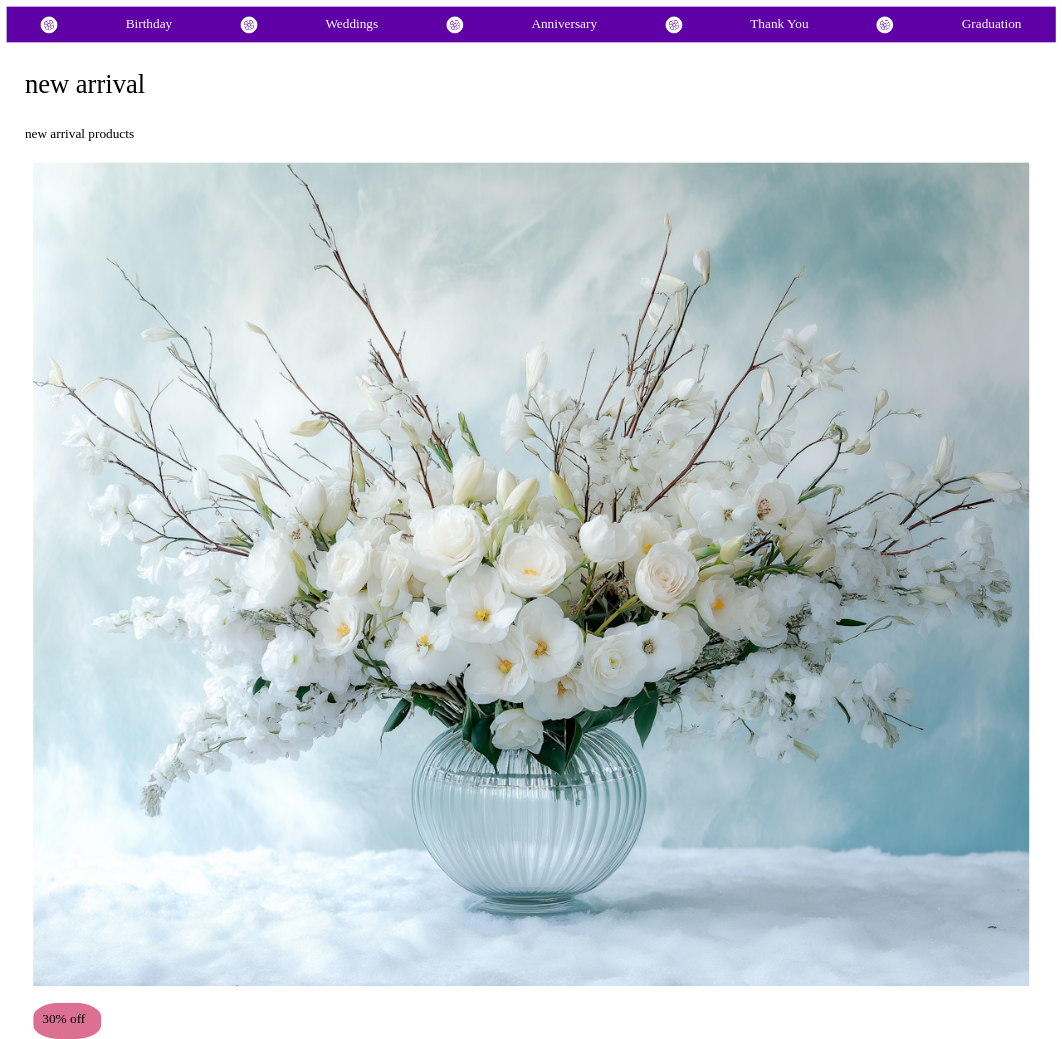
Repository: KolawoleTemilade/classroom-learning
Page: newarrival/index.html
These files come from the project's save history. The page is drawn as it stood at one moment and after the next save; the edit follows.
The browser window is 1280 px wide. The pictures show the whole page, at 83% of full size.

Above is the page before, as saved 2025-10-01 18:18:57.

After the next save:
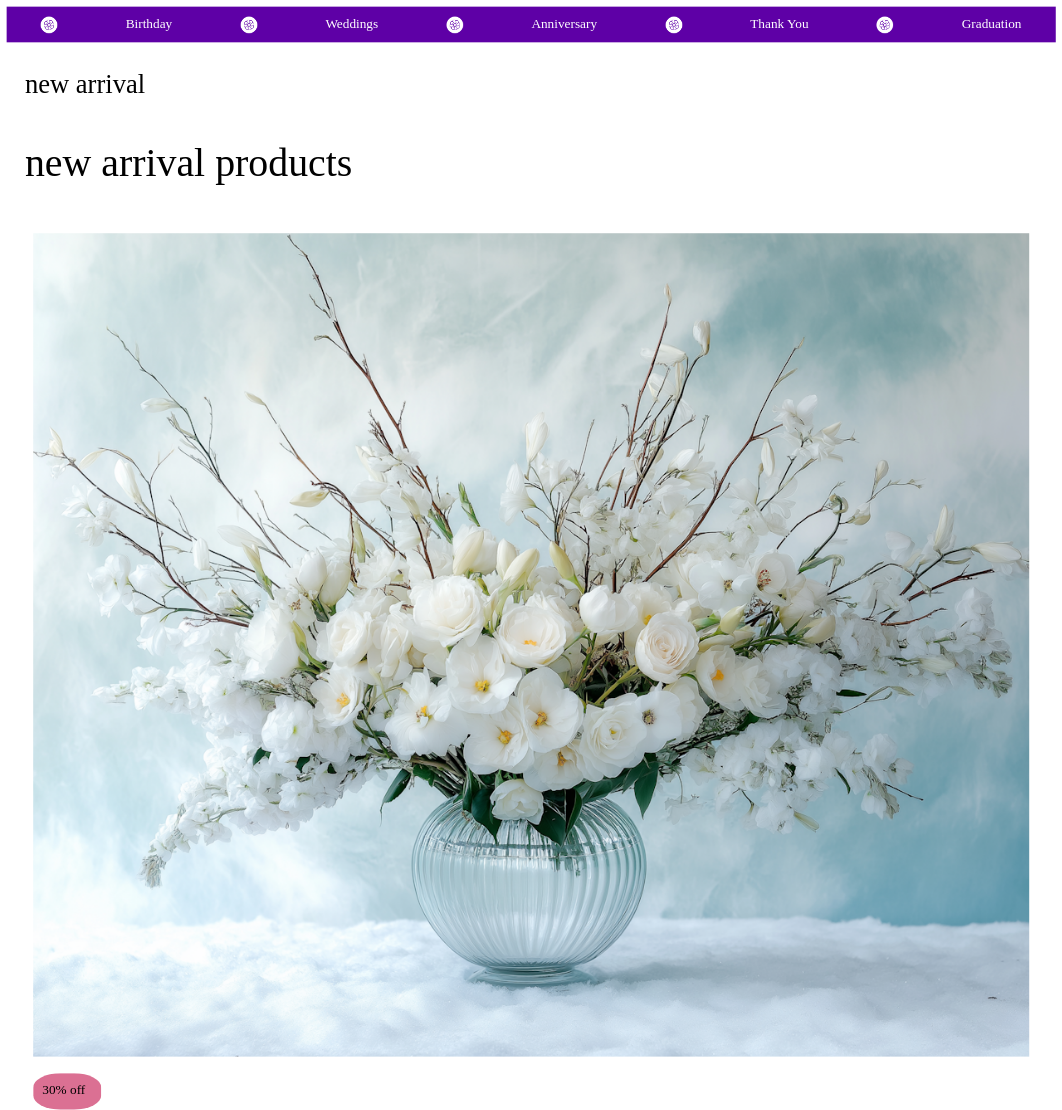
Saved 4 s later.
--- a/newarrival/style.css
+++ b/newarrival/style.css
@@ -24,7 +24,7 @@
     font-size: 2rem;
 }
 .title2 {
-    font-size: rem;
+    font-size: 3rem;
 }
 .new-arrival-title > h2 {
     color: #5E00A6;
